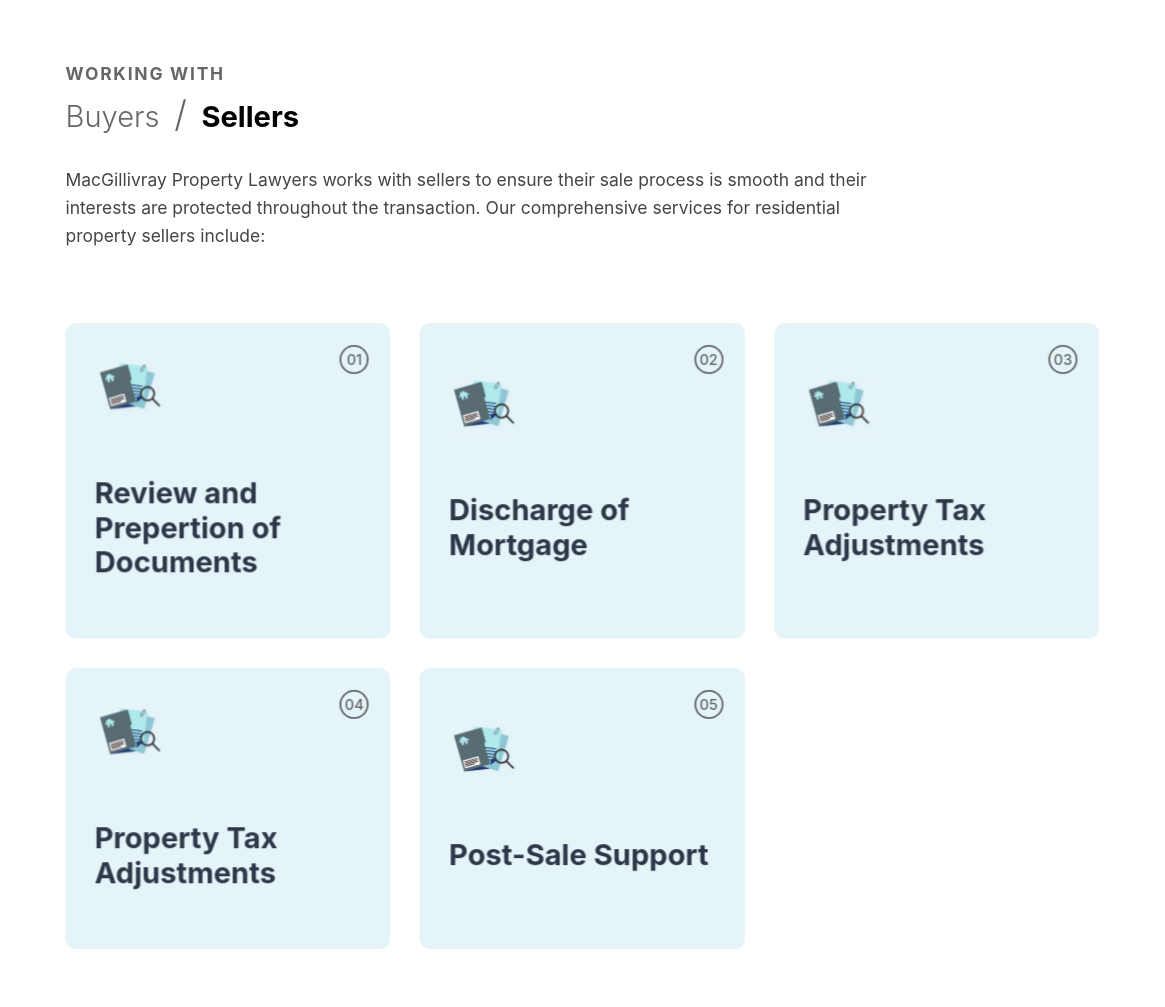
Repository: mibma/alphavent
Page: /sellers
An editor plug-in stored every save of this project. The page is shown before and after a run of saves, followed by the edit.
The browser window is 1280 px wide. The pictures show the whole page, at 91% of full size.
The project was rebuilt for these pictures with package versions that can differ from the ones it lists, and the page was loaded fresh each time. The framework's server and built-in components were replaced by stand-ins that run in the browser.

Above is the page before, as saved 2025-04-24 18:13:30.

After the next 2 saves:
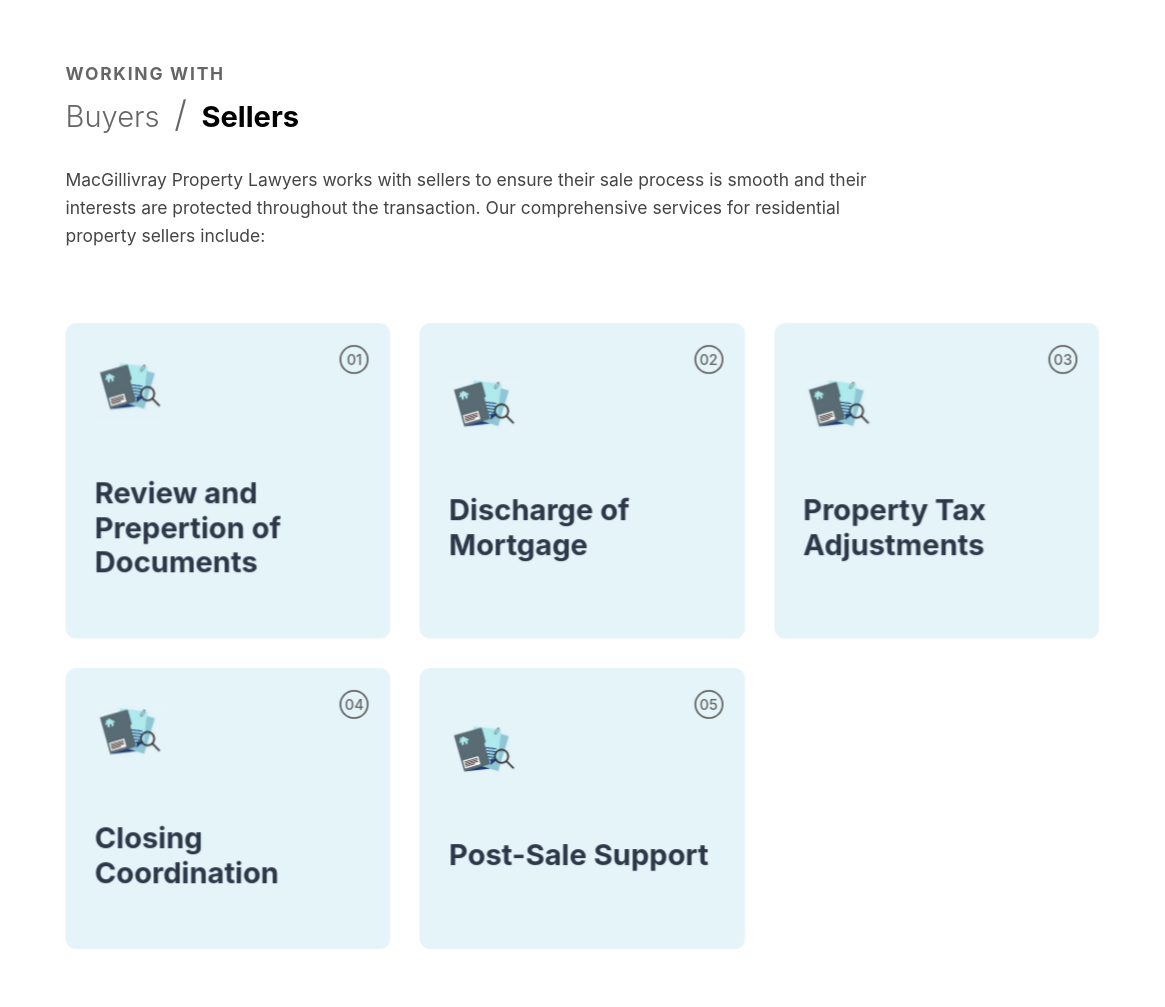
The 2 saves are shown as one change because they came seconds apart.
The last was saved 33 s later.
--- a/pages/sellers.js
+++ b/pages/sellers.js
@@ -23,7 +23,7 @@ const sellerServices = [
   },
   {
     id: '04',
-    title: 'Property Tax Adjustments',
+    title: 'Closing Coordination',
     icon: '/Capture.JPG'
   },
   {
